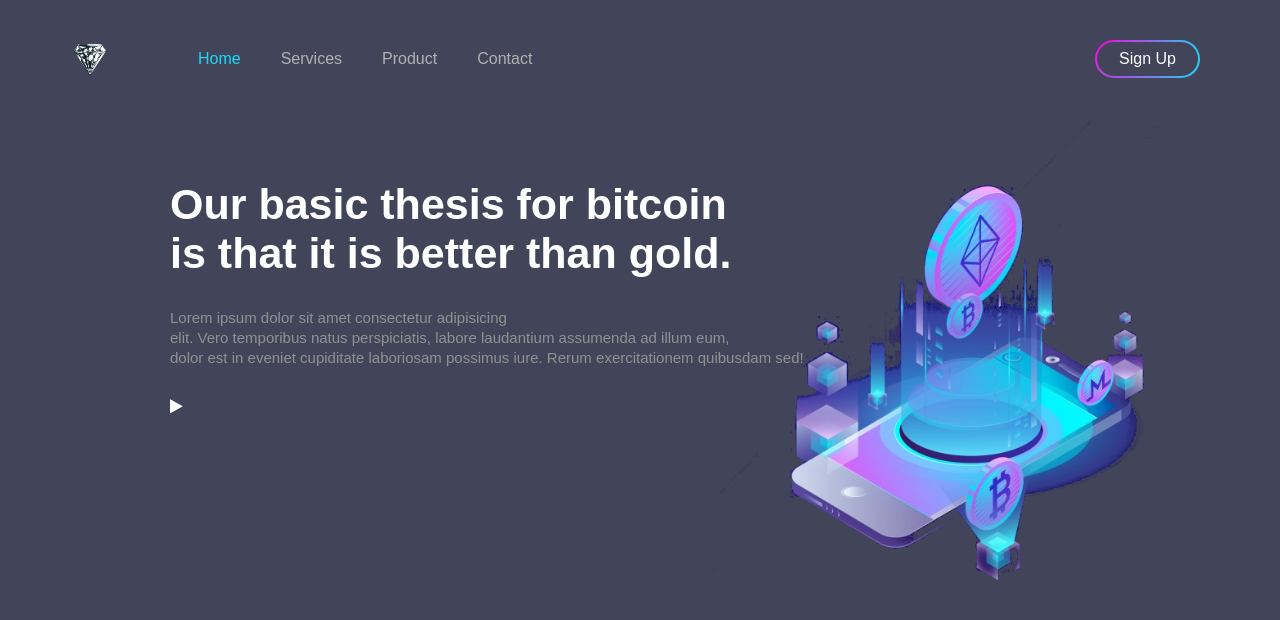
Repository: Aakarshit-Sharma19/Basic-HTML-and-CSS-Page-
Page: index.html
These files come from the project's save history. The page is drawn as it stood at one moment and after the next save; the edit follows.
The browser window is 1280 px wide. The pictures show the whole page.

Above is the page before, as saved 2020-11-10 16:18:03.

After the next save:
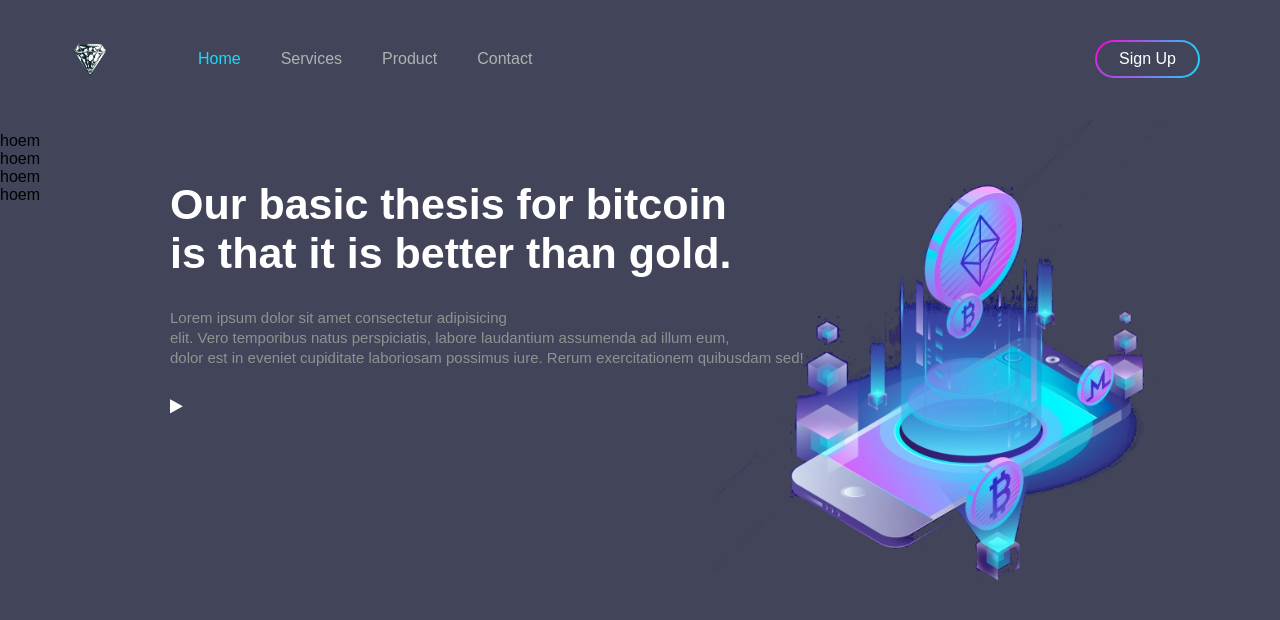
Saved 15 min 22 s later.
--- a/index.html
+++ b/index.html
@@ -36,6 +36,14 @@
                 <img src="background.png" alt="">
             </div>
         </div>
+        <div class="test">
+            <ul class listl>
+                <li>hoem</li>
+                <li>hoem</li>
+                <li>hoem</li>
+                <li>hoem</li>
+            </ul>
+        </div>
     </div>
 </body>
 
